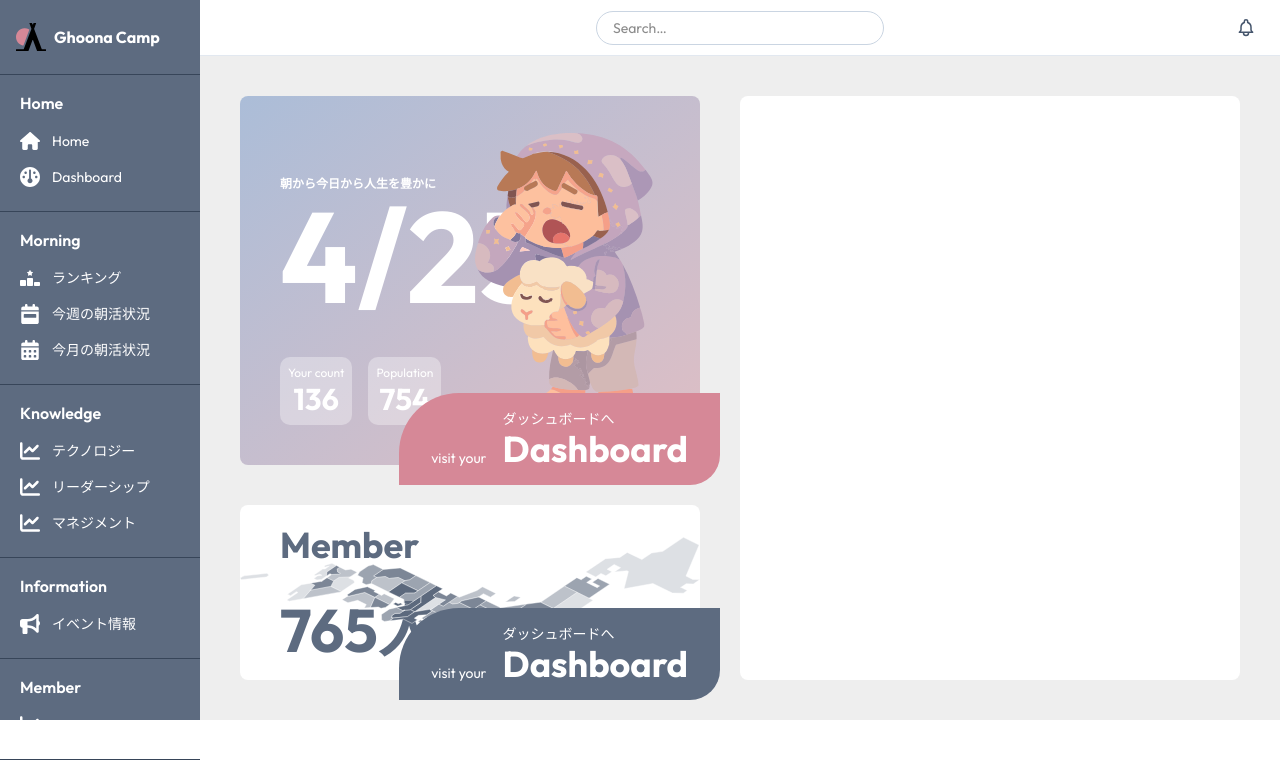
Repository: ShotaGhoona/ghoonacamp_platform
Page: /
The author's editor kept a copy of each file at every save. The page is drawn from the files as they stood at one save, then again after the next save.
The browser window is 1280 px wide. The pictures show the whole page.
The page's requests for data from a server got no answer. The project was rebuilt for these pictures with package versions that can differ from the ones it lists, and the page was loaded fresh each time. The framework's server and built-in components were replaced by stand-ins that run in the browser. No one was signed in, and anything a server would have sent is missing. Also part of the build but not shown: next.config.js.

Above is the page before, as saved 2025-04-25 13:42:13.

After the next save:
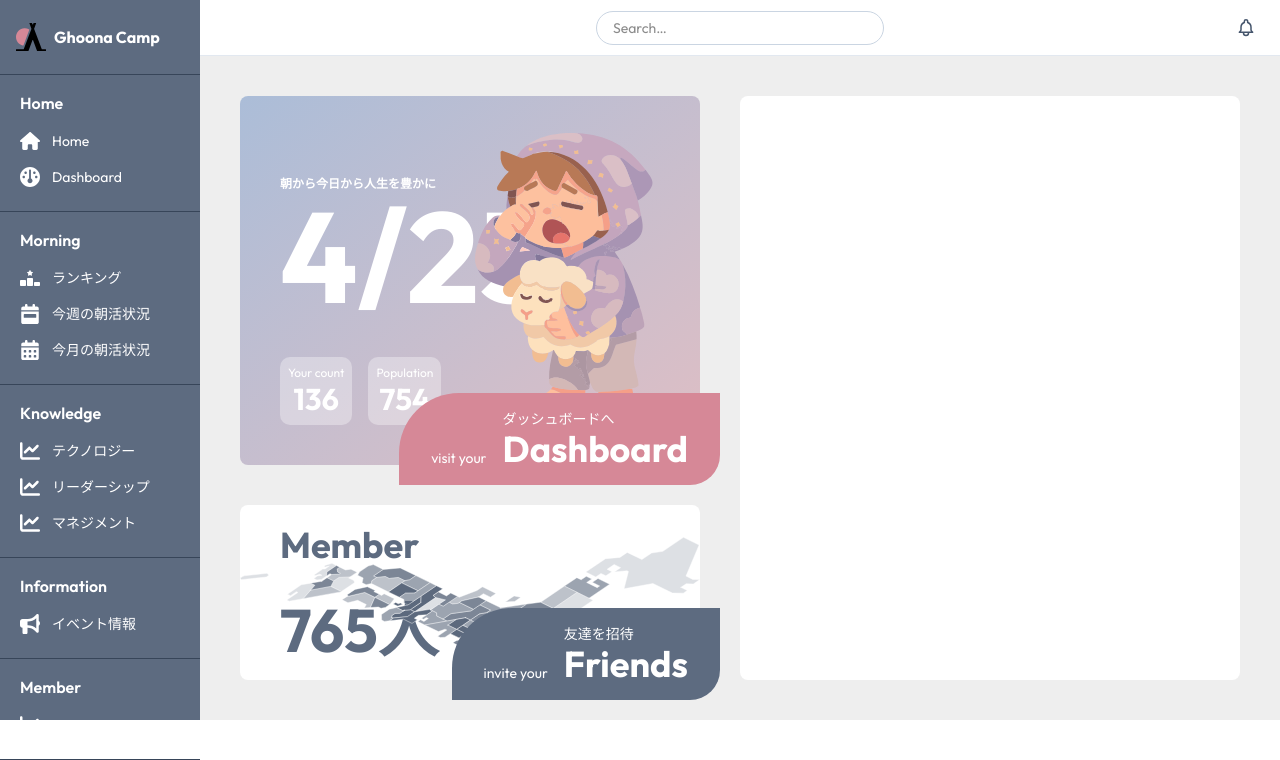
Saved 13 s later.
--- a/src/features/home/home/display/member.tsx
+++ b/src/features/home/home/display/member.tsx
@@ -12,7 +12,7 @@ export default function Hero() {
         <p className="text-6xl text-[#5D6B80] font-bold">765人</p>
         <img src="/svg/jpmap.svg" alt="jpmap" className="absolute top-1/2 left-1/2 -translate-x-1/2 -translate-y-1/2 w-auto h-[80%] " />
         <Link href="/dashboard" className="absolute -bottom-5 -right-5 flex flex-col gap-4">
-            <CornerCta  color="5D6B80"  text="Dashboard"  subText="ダッシュボードへ" subText2="visit your" />
+            <CornerCta  color="5D6B80"  text="Friends"  subText="友達を招待" subText2="invite your" />
         </Link>
     </div>
   );
